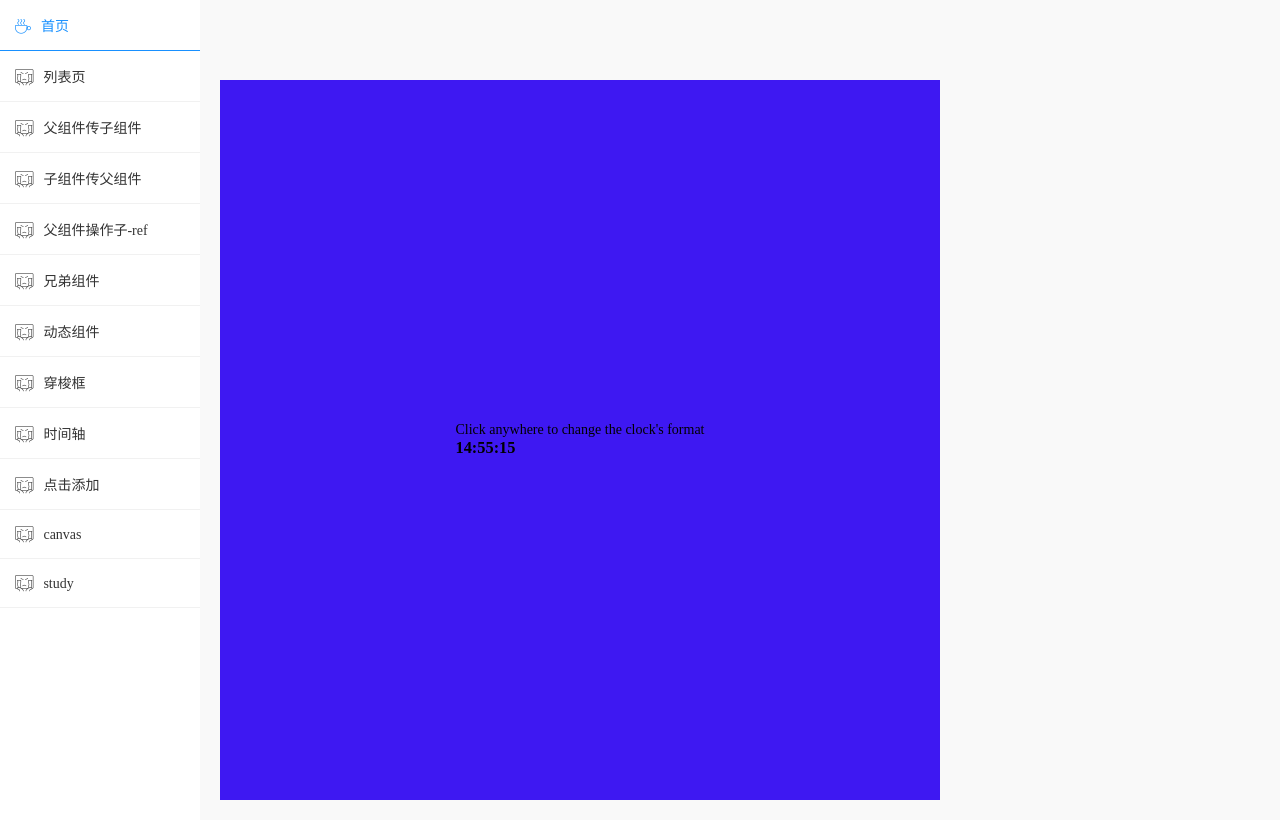
Repository: Serendipity-Zhang/vue-cli4
Page: /home
These files come from the project's save history. The page is drawn as it stood at one moment and after the next save; the edit follows.
The browser window is 1280 px wide. The pictures show the whole page.
The project was rebuilt for these pictures with package versions that can differ from the ones it lists, and the page was loaded fresh each time. Also part of the build but not shown: vue.config.js, src/views/Nav.vue, src/router/routes.js, src/layout/components/Nav.vue.

Above is the page before, as saved 2020-05-24 16:59:58.

### src/App.vue
<template>
  <div id="app">
    <!-- 左侧内容 -->
    <!-- <Nav /> -->
    <!-- 右侧内容 -->
    <!-- <div> -->
      <!-- 展示的出口 -->
      <!-- $route.meta.keepAlive 通过路由meta 为true的值 进行缓存 -->
      <!-- <keep-alive v-if="$route.meta.keepAlive">   -->
        <!-- 匹配路由缓存 -->
         <router-view />
      <!-- </keep-alive> -->

    <!-- </div> -->
  </div>
</template>

<script>
import Nav from './views/Nav.vue'; //导入

export default {
  name: 'App',
  data(){
    return {

    }
  },
  method:{

  },
  components:{  //组件
    Nav
  }

}
</script>

<style>
 @import './assets/css/index.css';
 #app {
   height:100%;
 }

</style>

### src/assets/css/index.css
* {
    padding: 0px;
    margin: 0px;
}
ul {
    list-style-type: none;
}

a {
    color: #333;
    text-decoration: none;
}
body {
    font-size: 14px;
    background-color: #f9f9f9;
}
body,html{
    width:100%;
    height:100%;
}
.tree {
    width: 200px;
    height: 100%;
    background: #fff;
    float: left;
}
.tree> ul {
    height: 100%;
}
.p_title {
    color: #333;
    display: block;
    padding: 15px;
    cursor:pointer;
    border-bottom: 1px solid #f1f1f1;
}
.selected {
    color: #1890ff;
    border-bottom: 1px solid #1890ff;
}
.p_title> i{
    padding-right:10px;
}
.p_title b{
    float: right;
    transition:all ease 1s;
    -webkit-transition:all ease 1s;
    -o-transition:all ease 1s;
    -moz-transition:all ease 1s;
    -ms-transition:all ease 1s;
}
.up {
    transform:rotate(0deg);
}
.down {
    transform:rotate(180deg);
}
.p_title:hover {
    color: #1890ff;
    border-bottom: 1px solid #1890ff;
}

.c_item a {
    display: block;
    padding: 10px 20px 10px 40px;
    background: #fff;
    color: #333;
    cursor:pointer;
}

.c_item a:hover {
    color: #1890ff;
    background: #e6f7ff;
    border-right: 4px solid #1890ff;
}

.banner {
    position: relative;
    float:left;
}
.banner .banner-circle {
    position: absolute;
    bottom: 5px;
    left: 0;
    right: 0;
    color: #fff;
}
.banner .banner-circle li{
    display:inline-block;
    background: rgba(0,0,0,.3);
    border-radius: 50%;
    padding:5px;
    margin:2px;
}
.banner .banner-circle ul {
    text-align: center;
}
.banner .banner-circle .selected {
    background: rgba(0,0,0,.8);
}
.banner img {
    max-width: 100%;
    margin: 0;
    padding: 0;
}

### src/layout/index.vue
<template>
  <div>
      <el-container>
        <el-aside width="200px">
            <!-- 左侧导航 -->
            <Sidebar />
        </el-aside>
        <el-container>
            <el-header>
                <!-- 面包屑 -->
                <!-- <Nav /> -->
            </el-header>
            <el-main>
                <!-- 右侧主内容 -->
                <Main />
            </el-main>
        </el-container>
    </el-container>
  </div>
</template>

<script>
import {Sidebar,Nav,Main} from './components'
// import Sidebar from './components/Sidebar';
// import Nav from './components/Nav';
// import Main from './components/Main';

export default {
  data () {
    return {

    }
  },
  components:{
      Sidebar,
      Nav,
      Main
  }
}
</script>

<!-- Add "scoped" attribute to limit CSS to this component only -->
<style  lang="scss">

// .el-header, .el-footer {
//     background-color: #B3C0D1;
//     color: #333;
//     text-align: center;
//     line-height: 60px;
//   }

//   .el-aside {
//     background-color: #D3DCE6;
//     color: #333;
//     text-align: center;
//     line-height: 200px;
//   }

//   .el-main {
//     background-color: #E9EEF3;
//     color: #333;
//     text-align: center;
//     line-height: 160px;
//   }

//   body > .el-container {
//     margin-bottom: 40px;
//   }

//   .el-container:nth-child(5) .el-aside,
//   .el-container:nth-child(6) .el-aside {
//     line-height: 260px;
//   }

//   .el-container:nth-child(7) .el-aside {
//     line-height: 320px;
//   }
</style>

### src/views/home.vue
<!-- 组件说明 -->
<template>
  <div class="">
    <!-- <Nav /> -->
    <div>
      <!-- <router-view /> -->
    </div>
    <!--  -->
    <div id="content" v-bind:style="contentStyle" @click="clicked">
      <div class="wrapper">
        <p v-bind:style="instructionsStyle">{{ instruction }}</p>
        <h1 v-if="one" v-bind:class="faded">{{ timeOne }}</h1>
        <h1 v-if="two" v-bind:class="faded">{{ timeTwo }}</h1>
        <h1 v-if="three" v-bind:class="faded">{{ timeThree }}</h1>
        <h1 v-if="four" v-bind:class="faded">{{ timeFour }}</h1>
      </div>
    </div>
  </div>
</template>

<script>
// import Nav from './Nav'
import moment from 'moment'
export default {
  components: {
    //  Nav
  },
  data() {
    return { 	contentStyle: {
			backgroundColor: "#000000".replace(/0/g,function(){return (~~(Math.random()*16)).toString(16)})
		},
		timeOne: moment().format('LTS'),
		timeTwo: moment().format('l'),
		timeThree: moment().format('MMMM Do YY'),
		timeFour: moment().format('LT'),
		one: true,
		two: false,
		three: false,
		four: false,
		faded: '',
		instruction: "Click anywhere to change the clock's format",
		instructionsStyle: {
			opacity: 1,
			transition: '.2s'
		}
    };
  },
  computed: {},
  methods: {
    clicked() {
      this.contentStyle.backgroundColor = "#000000".replace(/0/g, function() {
        return (~~(Math.random() * 16)).toString(16);
      });
      this.instructionsStyle.opacity = 0;
      if (this.one == true) {
        this.faded = "faded";
        setTimeout(() => {
          this.faded = "";
          this.one = false;
          this.two = true;
        }, 200);
      } else if (this.two == true) {
        this.faded = "faded";
        setTimeout(() => {
          this.faded = "";
          this.two = false;
          this.three = true;
        }, 200);
      } else if (this.three == true) {
        this.faded = "faded";
        setTimeout(() => {
          this.faded = "";
          this.three = false;
          this.four = true;
        }, 200);
      } else if (this.four == true) {
        this.faded = "faded";
        setTimeout(() => {
          this.faded = "";
          this.four = false;
          this.one = true;
        }, 200);
      }
    },
  },
  mounted() {
    console.log(moment().format("LTS"));

    setInterval(() => {
      this.timeOne = moment().format("LTS");
    }, 1000);
  },
  beforeCreate() {}, //生命周期 - 创建之前
  beforeMount() {}, //生命周期 - 挂载之前
  beforeUpdate() {}, //生命周期 - 更新之前
  updated() {}, //生命周期 - 更新之后
  beforeDestroy() {}, //生命周期 - 销毁之前
  destroyed() {}, //生命周期 - 销毁完成
  activated() {}, //如果页面有keep-alive缓存功能，这个函数会触发
};
</script>

<style scoped>
#content {
  height: 100vh;
  width: 100vh;
  display: flex;
  align-items: center;
  justify-content: center;

}
</style>

/**
  mounted(){//生命周期模板挂载之后
      let _this=this;
      this.timer=setInterval(()=>{
          _this.nowtime=new Date();
      },1000)
  },
  beforeDestroy(){//生命周期实例销毁之前
     if(this.timer){
        clearInterval(this.timer);
    }
 }
 */

### src/layout/components/Sidebar.vue
<template>
  <div class="tree">
      <ul>
        <li class="p_item" v-for="(v,i) in items" :key="i">
          <router-link :to="v.url"
              class="p_title"
              @click="n=i">
            <i class="iconfont" :class="v.icon"></i>{{v.name}}
          </router-link>
        </li>
      </ul>
    </div>
</template>

<script>
export default {
  name:'',
  data(){
    return{
      n:1,
      items:[
          {
              name:'首页',
              icon:'icon-shenghuo',
              url:'/home'
          },
          {
              name:'列表页',
              icon:'icon-biaoqingleiben',
              url:'/list',
              child:[{name:'列表详情',url:'/list/toFather'}]
          },
          {
              name:'父组件传子组件',
              icon:'icon-biaoqingleiben',
              url:'/toSon'
          },
          {
              name:'子组件传父组件',
              icon:'icon-biaoqingleiben',
              url:'/toFather'
          },
          {
              name:'父组件操作子-ref',
              icon:'icon-biaoqingleiben',
              url:'/actionSon'
          },
          {
              name:'兄弟组件',
              icon:'icon-biaoqingleiben',
              url:'/brother'
          },
           {
              name:'动态组件',
              icon:'icon-biaoqingleiben',
              url:'comp1'
          },
          {
              name:'穿梭框',
              icon:'icon-biaoqingleiben',
              url:'/transfer'
          },
          {
              name:'时间轴',
              icon:'icon-biaoqingleiben',
              url:'/timeLine'
          },
          {
              name:'点击添加',
              icon:'icon-biaoqingleiben',
              url:'/AddFriend'
          },
          {
              name:'canvas',
              icon:'icon-biaoqingleiben',
              url:'/canvas'
          },
          {
              name:'study',
              icon:'icon-biaoqingleiben',
              url:'/study'
          }
      ]
    }
  }
}
</script>

<style>

</style>

### src/layout/components/Main.vue
<template>
        <router-view />
</template>

<script>
export default {
  data () {
    return {

    }
  }
}
</script>

<!-- Add "scoped" attribute to limit CSS to this component only -->
<style  lang="scss">

</style>

Loaded but not shown: public/index.html (common file); src/store/index.js (common file); src/router/index.js (34 lines, source omitted); src/main.js (33 lines, source omitted); src/layout/components/index.js (3 lines, source omitted); src/assets/font/iconfont.css (66 lines, source omitted)

After the next save:
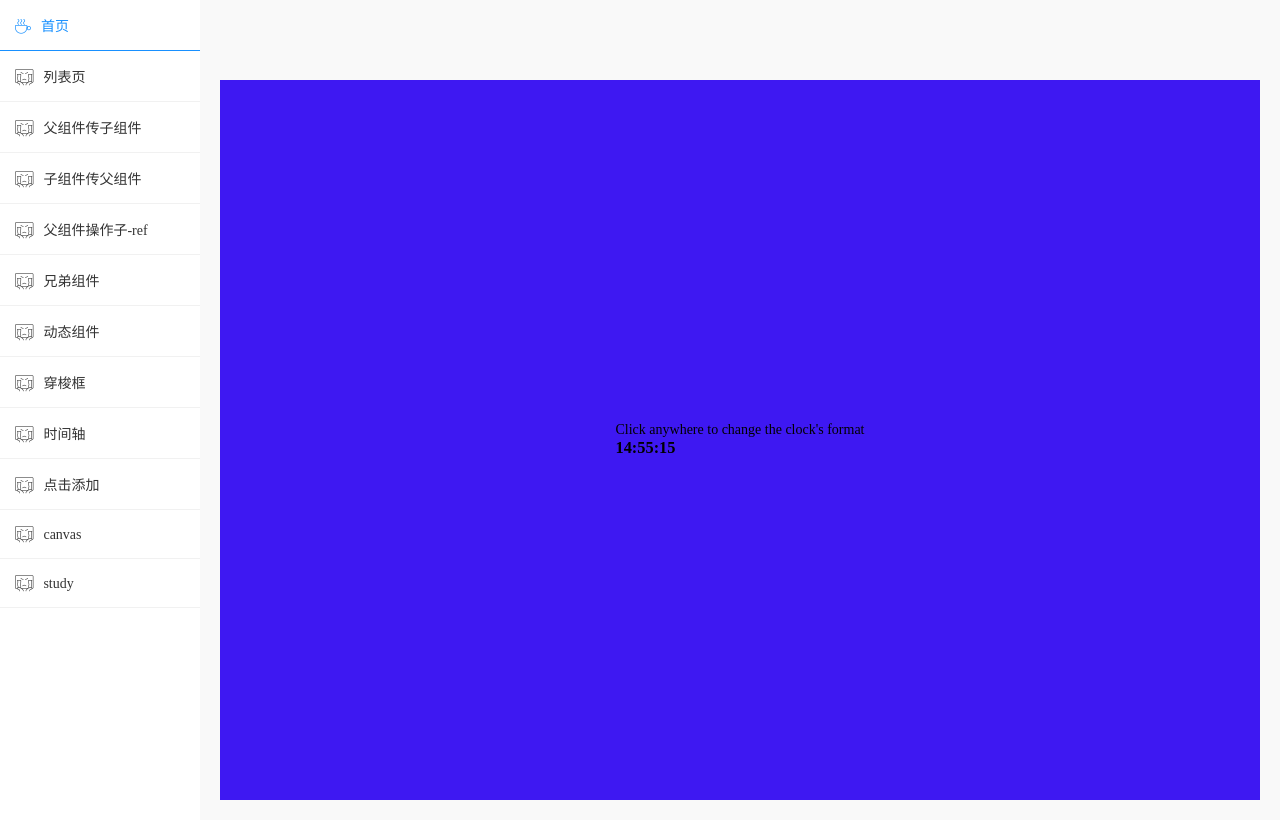
Saved 17 s later.
--- a/src/views/home.vue
+++ b/src/views/home.vue
@@ -103,7 +103,7 @@ export default {
 <style scoped>
 #content {
   height: 100vh;
-  width: 100vh;
+
   display: flex;
   align-items: center;
   justify-content: center;
